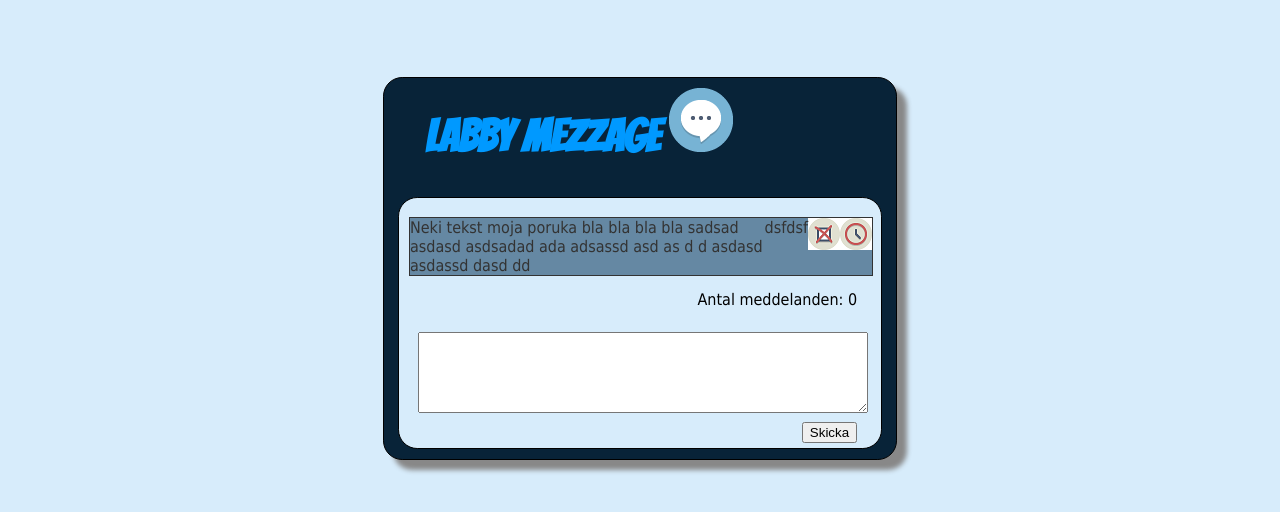
Repository: jb223cp/1dv403-laborationer
Page: 2-labbymezzage/index.html
The author's editor kept a record of every edit. The page is drawn from the files as they stood at one moment, then again after the next edit.
The browser window is 1280 px wide. The pictures show the whole page.

Above is the page before.
Console error: ReferenceError: Message is not defined

After the next edit:
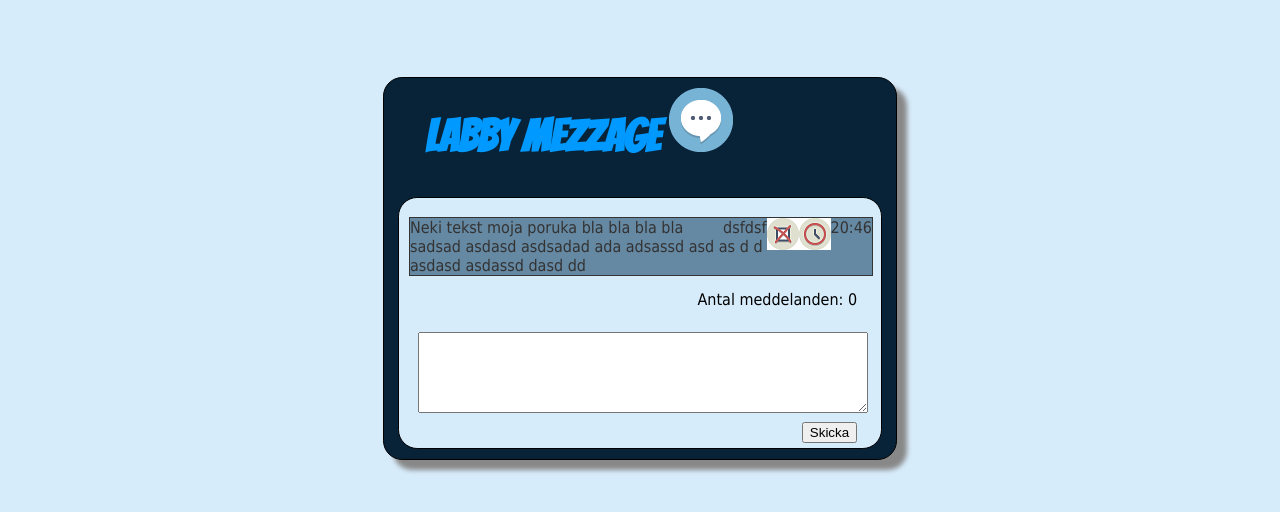
The edit:
--- a/2-labbymezzage/index.html
+++ b/2-labbymezzage/index.html
@@ -13,6 +13,7 @@
 
             <section class="message">
                 <article>
+                    <p><time>20:46</time></p>
                     <p><img class="icons" src="pics/clock.png" alt="show time when message is published"></p>
                     <p><img class="icons" src="pics/x.png" alt="delete message"></p>
                     <time>dsfdsf</time>
